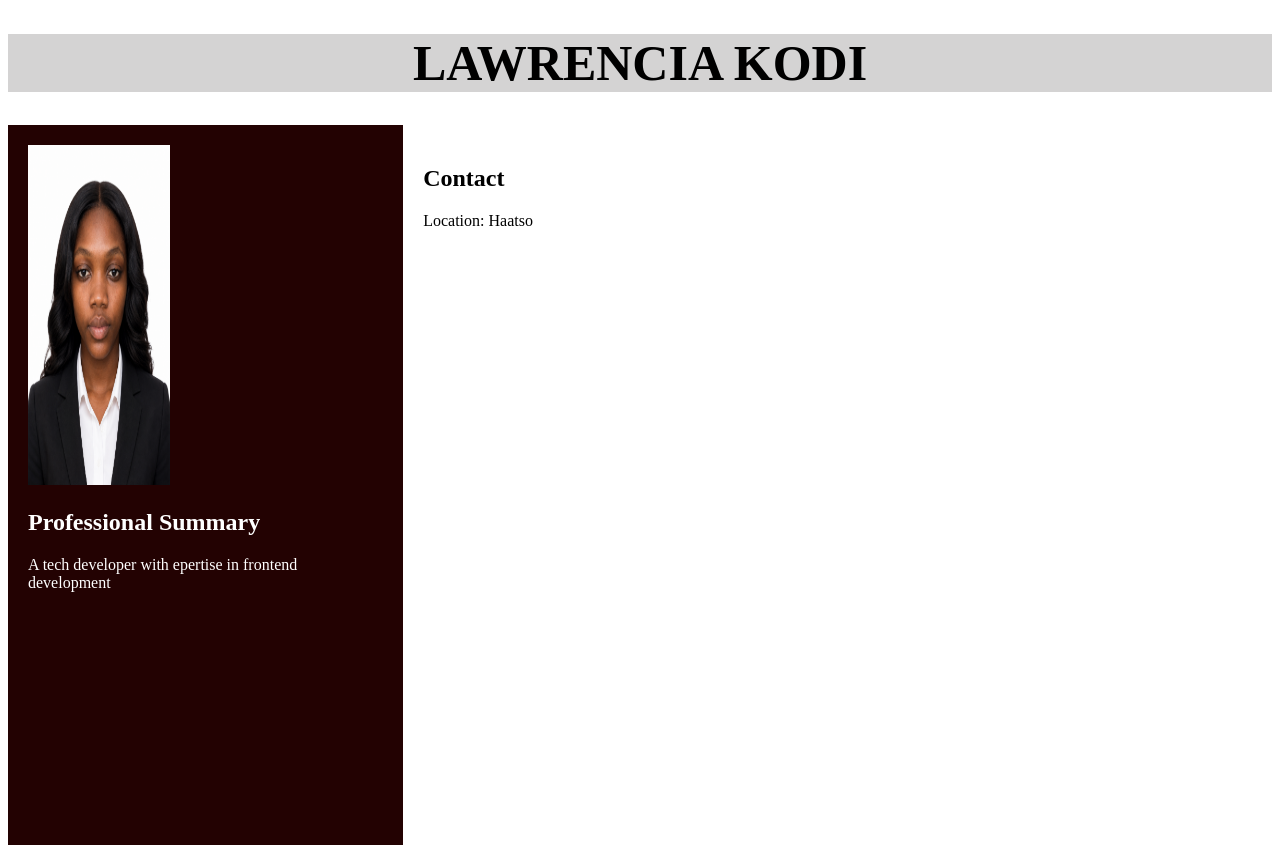
Repository: lawrencia-coder/T4G_CV
Page: index.html
An editor plug-in stored every save of this project. The page is shown before and after a run of saves, followed by the edit.
The browser window is 1280 px wide. The pictures show the whole page.
Some web libraries are served in a nearby version.

Above is the page before, as saved 2026-07-09 08:01:52.

After the next 3 saves:
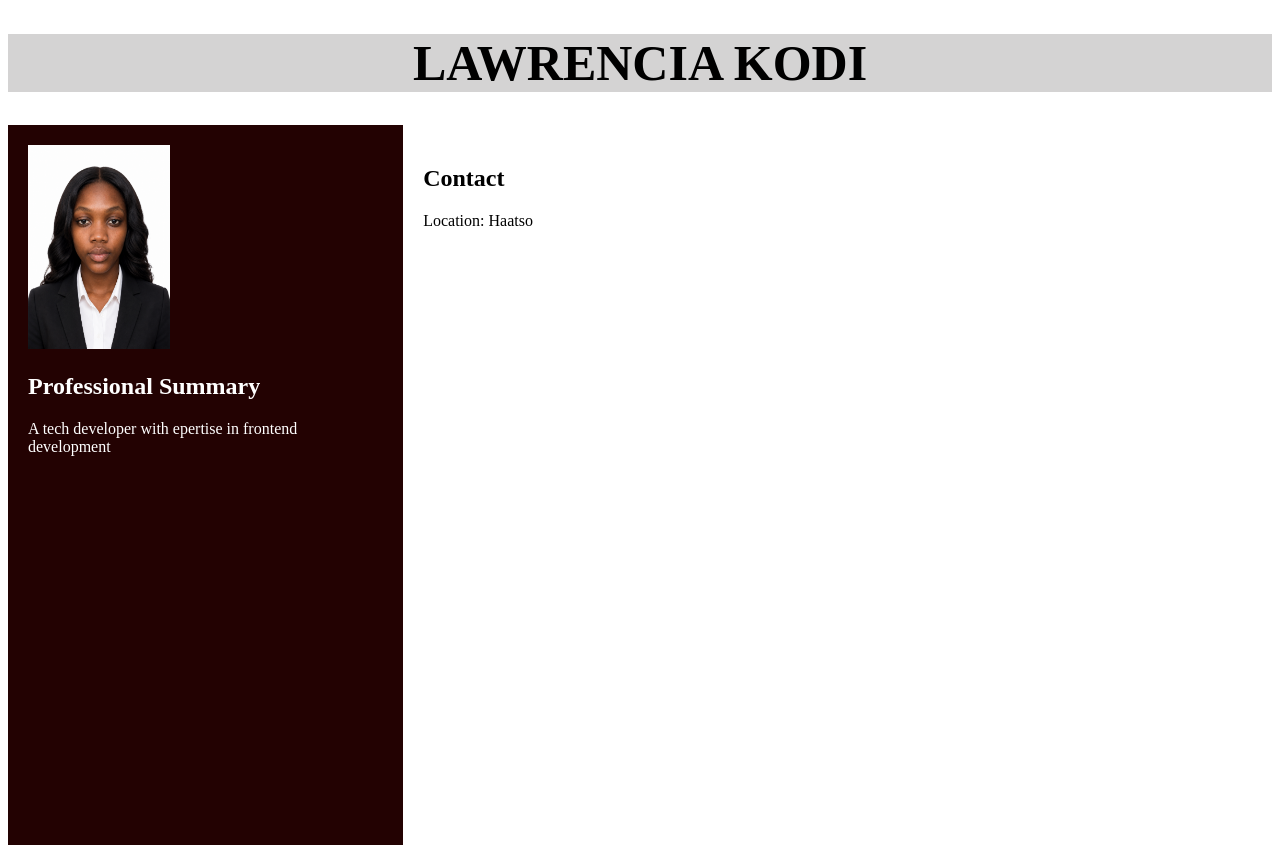
The 3 saves are shown as one change because they came seconds apart.
The last was saved 12 s later.
--- a/index.html
+++ b/index.html
@@ -11,7 +11,7 @@
     <h1>LAWRENCIA KODI</h1>
     <div class="cv-container">
         <div class="left-column">
-            <img src="images/passport pic 1.png" alt="" width="40%" height="50%">
+            <img src="images/passport pic 1.png" alt="" width="40%" height="30%">
             <h2>Professional Summary</h2>
               <p>A tech developer with epertise in frontend development</p>
         </div>
